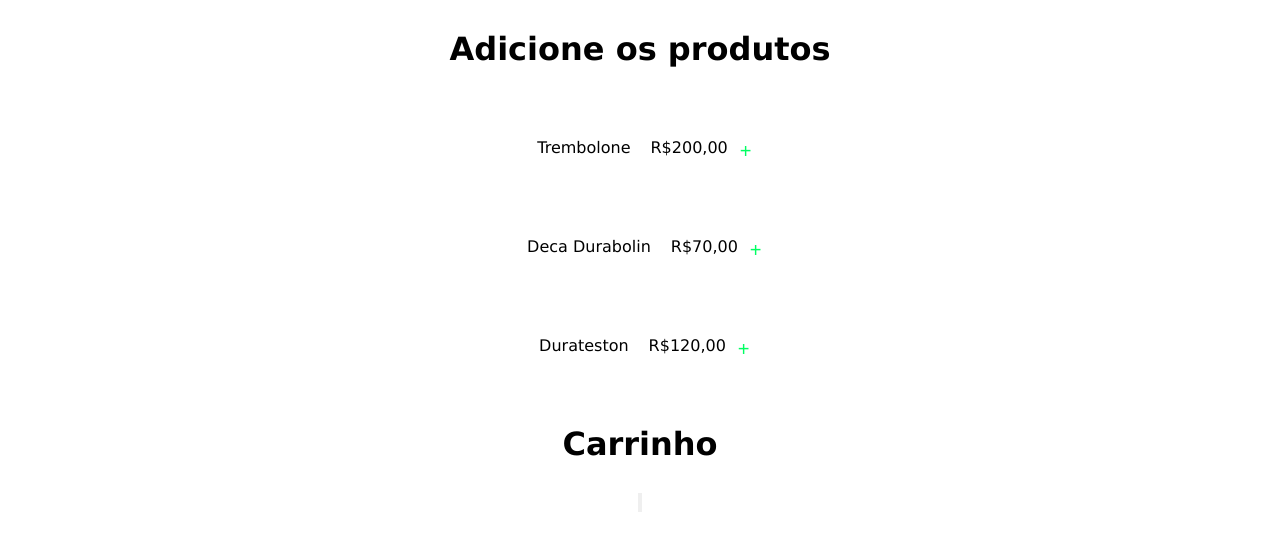
Repository: Leonngc/Lab
Page: confirm.html
These files come from the project's save history. The page is drawn as it stood at one moment and after the next save; the edit follows.
The browser window is 1280 px wide. The pictures show the whole page.

Above is the page before, as saved 2023-01-12 22:01:21.

### confirm.html
<!DOCTYPE html>
<html lang="pt-br">
  <head>
    <meta charset="UTF-8" />
    <meta http-equiv="X-UA-Compatible" content="IE=edge" />
    <meta name="viewport" content="width=device-width, initial-scale=1.0" />
    <link
      rel="stylesheet"
      href="https://cdnjs.cloudflare.com/ajax/libs/font-awesome/6.2.1/css/all.min.css"
      integrity="sha512-MV7K8+y+gLIBoVD59lQIYicR65iaqukzvf/nwasF0nqhPay5w/9lJmVM2hMDcnK1OnMGCdVK+iQrJ7lzPJQd1w=="
      crossorigin="anonymous"
      referrerpolicy="no-referrer"
    />
    <link rel="stylesheet" href="styles/confirm.css" />
    <title>Document</title>
  </head>

  <body>
    <h1>Adicione os produtos</h1>
    <div class="prod">
      <p>Trembolone</p>
      <p>R$200,00</p>
      <button onclick="addTrembo()"><i class="fa-thin fa-plus"></i></button>
    </div>

    <div class="prod">
      <p>Deca Durabolin</p>
      <p>R$70,00</p>
      <button onclick="addDeca()"><i class="fa-thin fa-plus"></i></button>
    </div>
    <div class="prod">
      <p>Durateston</p>
      <p>R$120,00</p>
      <button onclick="addTesto()"><i class="fa-thin fa-plus"></i></button>
    </div>

    <div id="carrinho">
      <h1>Carrinho</h1>
    </div>
    <input type="button" value="">
    <script src="js/confirm.js"></script>
  </body>
</html>

### styles/confirm.css
*{
    margin: 0;
    padding: 0;
    box-sizing: border-box;
}

body{
   text-align: center;
}

h1{
    text-align: center;
    font-family: Verdana, Geneva, Tahoma, sans-serif;
    padding: 30px;
}

.prod{
 display: flex;
   margin: auto;
    padding: 30px;
    justify-content: center;
}

.prod > p{
    font-family: Verdana, Geneva, Tahoma, sans-serif;
    margin: 10px;
}

.prod > button{
    height: 20px;
    width: 15px;
    margin-top: 12px;
    background-color: white;
    font-size: 20px;
    color: rgb(0, 255, 98);
    border: 0;

}

### js/confirm.js
const trembo = {
  valor: 200,
  ampolas: 10,
};

const deca = {
  valor: 70,
  ampolas: 10,
};

const testo = {
  valor: 120,
  ampolas: 10,
};

const chaveAdd = "anabol";
var res = document.getElementById('carrinho');


function addTrembo() {
  localStorage.setItem(chaveAdd, trembo);
  alert("Trembolone adicionado ao carrinho");
  res.innerHTML += `Trembolone R$70,00 <br>`
}

function addTesto() {
  localStorage.setItem(chaveAdd, testo);
  alert("Você adicionou Durateston ao carrinho");
  res.innerHTML += `Durateston R$120,00 <br>`
}

function addDeca() {
  localStorage.setItem(chaveAdd, deca);
  alert("Você adicionou Deca Durabolin ao carrinho");

  res.innerHTML += `Deca R$70,00 <br>`
}

After the next save:
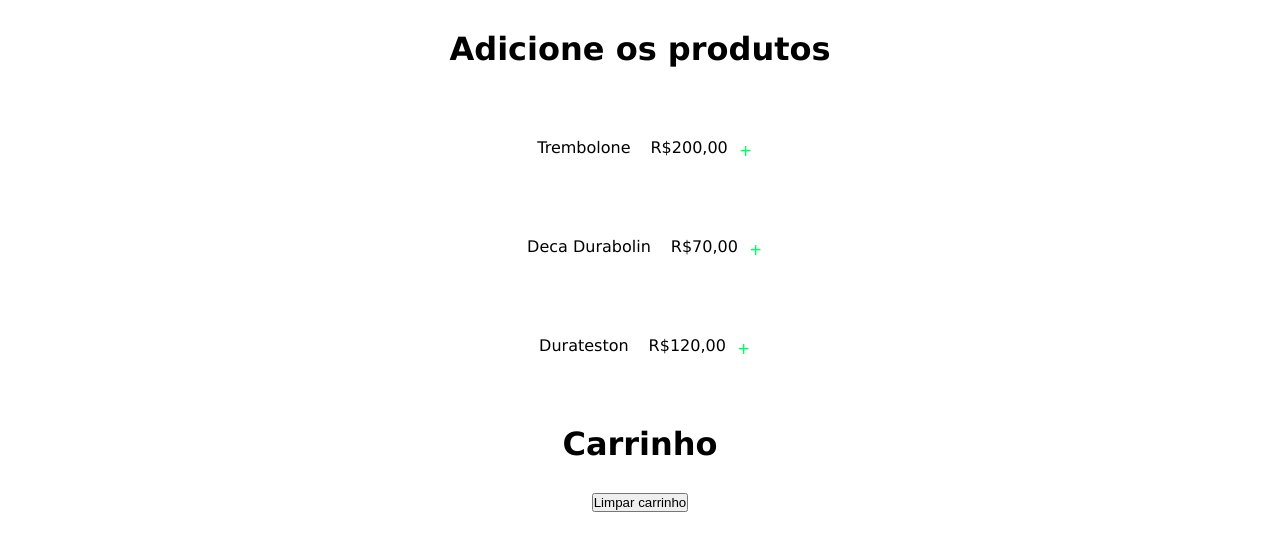
Saved 15 s later.
--- a/confirm.html
+++ b/confirm.html
@@ -37,7 +37,7 @@
     <div id="carrinho">
       <h1>Carrinho</h1>
     </div>
-    <input type="button" value="">
+    <input type="button" value="Limpar carrinho">
     <script src="js/confirm.js"></script>
   </body>
 </html>
